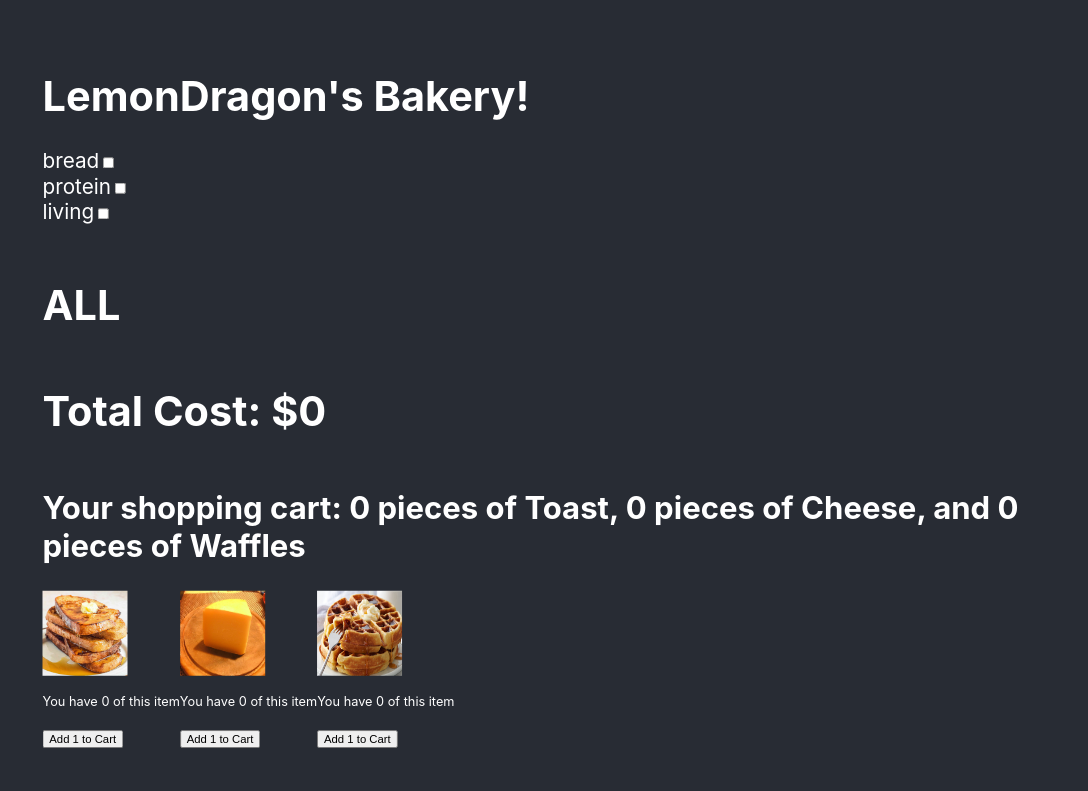
Repository: happydragon200/development
Page: /
These files come from the project's save history. The page is drawn as it stood at one moment and after the next save; the edit follows.
The browser window is 1280 px wide. The pictures show the whole page, at 85% of full size.
The project was rebuilt for these pictures with package versions that can differ from the ones it lists, and the page was loaded fresh each time.

Above is the page before, as saved 2022-12-02 01:49:12.

After the next save:
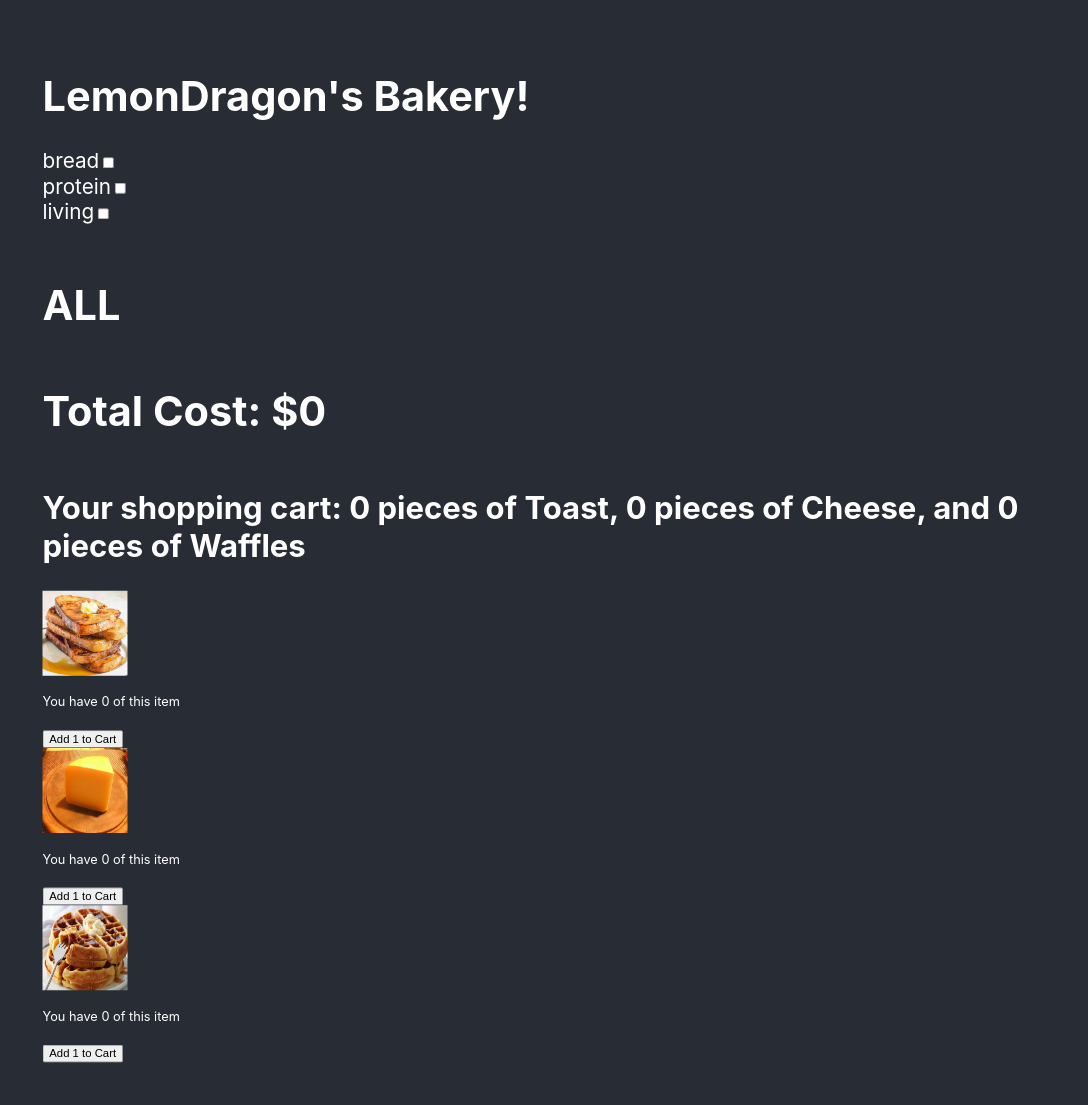
Saved 12 s later.
--- a/src/App.js
+++ b/src/App.js
@@ -141,7 +141,7 @@
         of Cheese, and {waffle_count} pieces of Waffles
       </h2>
 
-      <div className="flex-parent">
+      <div className="">
         {final_list}
       </div>
 

After the 2 saves that followed:
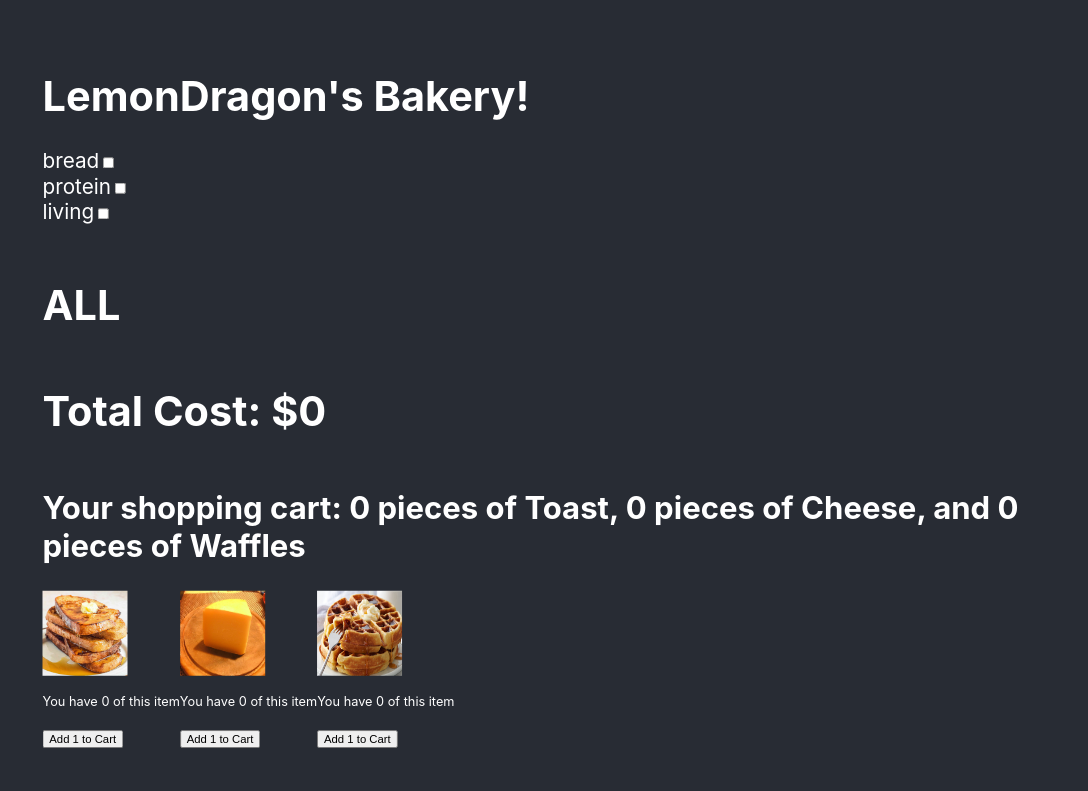
The 2 saves are shown as one change because 1 left the picture as it was.
The last was saved 14 s later.
--- a/src/App.js
+++ b/src/App.js
@@ -141,7 +141,7 @@
         of Cheese, and {waffle_count} pieces of Waffles
       </h2>
 
-      <div className="">
+      <div className="flex-parent">
         {final_list}
       </div>
 
